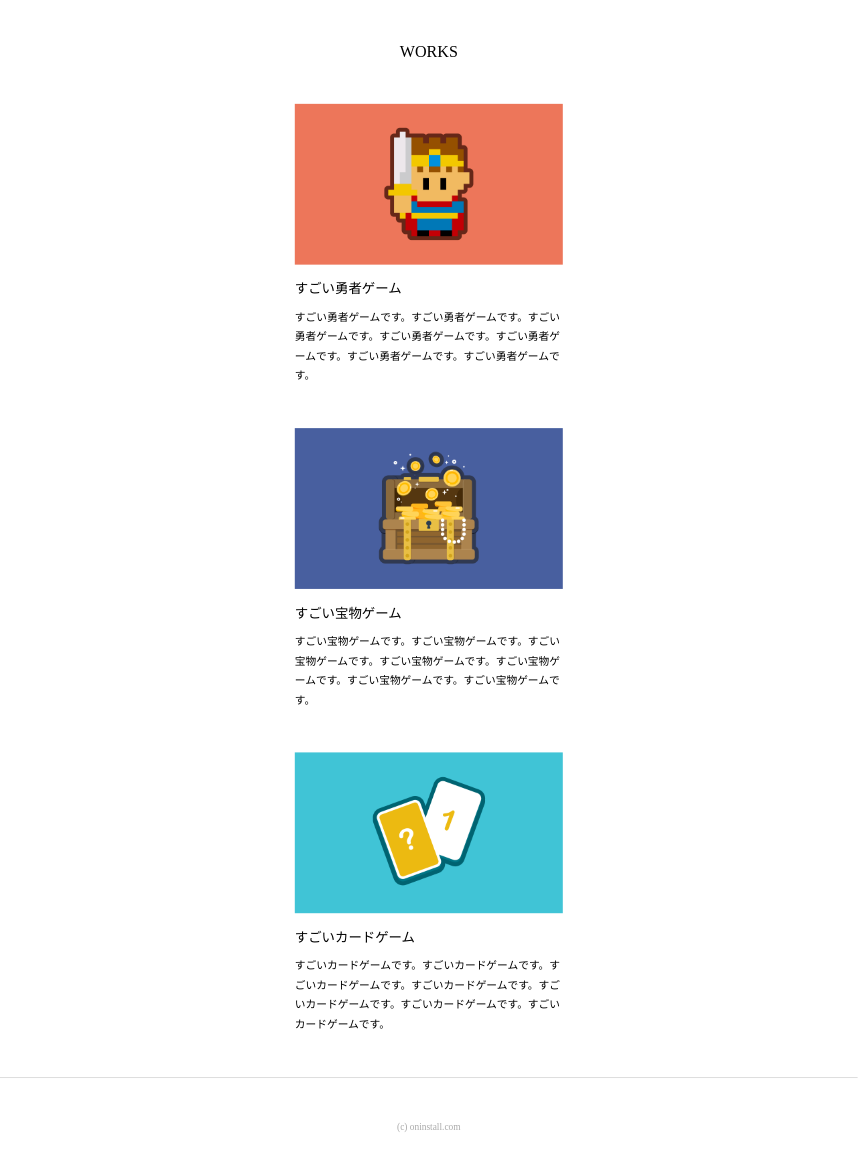
Repository: elmore-pik/yamada_potfolio
Page: /
The author's editor kept a copy of each file at every save. The page is drawn from the files as they stood at one save, then again after the next save.
The browser window is 1280 px wide. The pictures show the whole page, at 67% of full size.
The project was rebuilt for these pictures with package versions that can differ from the ones it lists, and the page was loaded fresh each time. Also part of the build but not shown: vite.config.js.

Above is the page before, as saved 2025-03-14 14:20:31.

### index.html
<!doctype html>
<html lang="ja">
  <head>
    <meta charset="UTF-8">
    <meta name="viewport" content="width=device-width, initial-scale=1.0">
    <title>山田太郎のポートフォリオサイト</title>
    <link rel="icon" href="/favicon.png">
  </head>
  <body>
    <div id="app">Hello form Vue.js</div>
    <script type="module" src="/src/main.js"></script>
  </body>
</html>

### src/style.css
@charset "utf-8";

/* 共通のスタイル */

body {
  margin: 0;
}

p {
  margin: 0;
}

/* mainのスタイル */

main {
  padding: 64px 0;
}

h2 {
  margin: 0;
  font-weight: normal;
  font-size: 24px;
  text-align: center;
}

h3 {
  margin: 16px 0 0;
  font-weight: normal;
  font-size: 20px;
}

section {
  width: 400px;
  margin: 64px auto 0;
}

section p {
  margin-top: 16px;
  line-height: 1.8;
}

/* footerのスタイル */

footer {
  border-top: 1px solid #ccc;
  text-align: center;
  padding: 64px 0;
}

small {
  font-size: 14px;
  color: #aaa;
}

### src/App.vue
<template>
  <main>
    <h2>WORKS</h2>
    <section>
      <img src="/work-1.png" alt="すごい勇者ゲーム" width="400" height="240">
      <h3>すごい勇者ゲーム</h3>
      <p>すごい勇者ゲームです。すごい勇者ゲームです。すごい勇者ゲームです。すごい勇者ゲームです。すごい勇者ゲームです。すごい勇者ゲームです。すごい勇者ゲームです。</p>
    </section>
    <section>
      <img src="/work-2.png" alt="すごい宝物ゲーム" width="400" height="240">
      <h3>すごい宝物ゲーム</h3>
      <p>すごい宝物ゲームです。すごい宝物ゲームです。すごい宝物ゲームです。すごい宝物ゲームです。すごい宝物ゲームです。すごい宝物ゲームです。すごい宝物ゲームです。</p>
    </section>
    <section>
      <img src="/work-3.png" alt="すごいカードゲーム" width="400" height="240">
      <h3>すごいカードゲーム</h3>
      <p>すごいカードゲームです。すごいカードゲームです。すごいカードゲームです。すごいカードゲームです。すごいカードゲームです。すごいカードゲームです。すごいカードゲームです。</p>
    </section>
  </main>

  <footer>
    <small>(c) oninstall.com</small>
  </footer>
</template>

### src/components/Header.vue
<script setup>
const intro = 'フロントエンドエンジニア見習いです';
</script>

<template>
  <header>
    <img src="/yamada.png" alt="太郎のアイコン" width="128" height="128">
    <h1>山田太郎</h1>
    <p>{{ intro }}</p>
  </header>
</template>

<style scoped>
/* headerのスタイル */

header {
  background: #eee;
  text-align: center;
  padding: 32px 0;
}

header img {
  border-radius: 50%;
}

h1 {
  margin: 16px 0 0;
  font-weight: normal;
  font-size: 24px;
}
</style>

### src/components/Main.vue
<template>
 <main>
    <h2>WORKS</h2>
    <section>
      <img src="/work-1.png" alt="すごい勇者ゲーム" width="400" height="240">
      <h3>すごい勇者ゲーム</h3>
      <p>すごい勇者ゲームです。すごい勇者ゲームです。すごい勇者ゲームです。すごい勇者ゲームです。すごい勇者ゲームです。すごい勇者ゲームです。すごい勇者ゲームです。</p>
    </section>
    <section>
      <img src="/work-2.png" alt="すごい宝物ゲーム" width="400" height="240">
      <h3>すごい宝物ゲーム</h3>
      <p>すごい宝物ゲームです。すごい宝物ゲームです。すごい宝物ゲームです。すごい宝物ゲームです。すごい宝物ゲームです。すごい宝物ゲームです。すごい宝物ゲームです。</p>
    </section>
    <section>
      <img src="/work-3.png" alt="すごいカードゲーム" width="400" height="240">
      <h3>すごいカードゲーム</h3>
      <p>すごいカードゲームです。すごいカードゲームです。すごいカードゲームです。すごいカードゲームです。すごいカードゲームです。すごいカードゲームです。すごいカードゲームです。</p>
    </section>
  </main>
</template>

<style scoped>
/* mainのスタイル */

main {
  padding: 64px 0;
}

h2 {
  margin: 0;
  font-weight: normal;
  font-size: 24px;
  text-align: center;
}

h3 {
  margin: 16px 0 0;
  font-weight: normal;
  font-size: 20px;
}

section {
  width: 400px;
  margin: 64px auto 0;
}

section p {
  margin-top: 16px;
  line-height: 1.8;
}
</style>

### src/components/Footer.vue
<template>
    <footer>
        <small>(c) dotinstall.com</small>
    </footer>
</template>

<style scoped>
/* footerのスタイル */

footer {
  border-top: 1px solid #ccc;
  text-align: center;
  padding: 64px 0;
}

small {
  font-size: 14px;
  color: #aaa;
}
</style>

Loaded but not shown: src/main.js (common file)

After the next save:
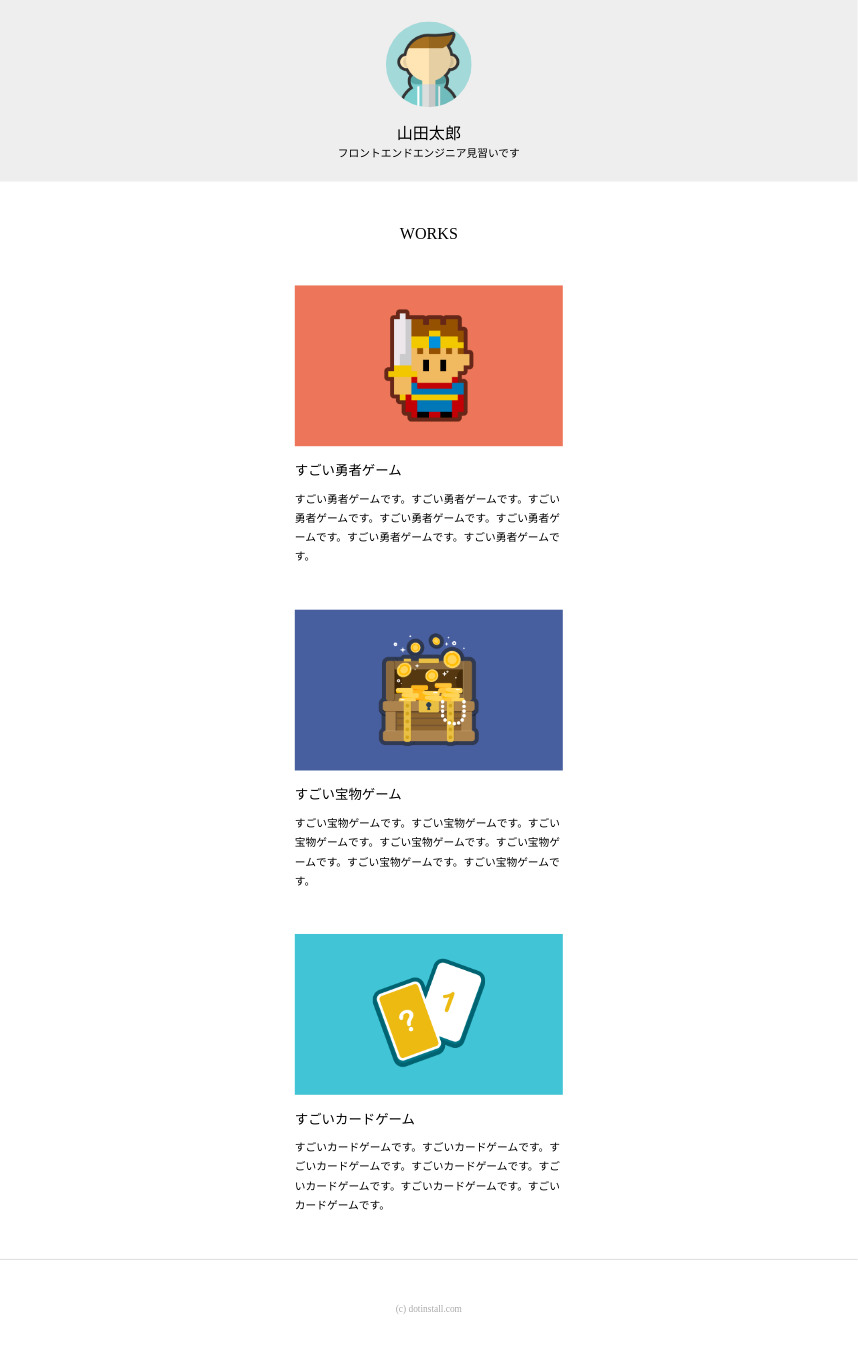
Saved 13 min 50 s later.
--- a/src/App.vue
+++ b/src/App.vue
@@ -1,24 +1,12 @@
+<!-- App.vue -->
 <template>
-  <main>
-    <h2>WORKS</h2>
-    <section>
-      <img src="/work-1.png" alt="すごい勇者ゲーム" width="400" height="240">
-      <h3>すごい勇者ゲーム</h3>
-      <p>すごい勇者ゲームです。すごい勇者ゲームです。すごい勇者ゲームです。すごい勇者ゲームです。すごい勇者ゲームです。すごい勇者ゲームです。すごい勇者ゲームです。</p>
-    </section>
-    <section>
-      <img src="/work-2.png" alt="すごい宝物ゲーム" width="400" height="240">
-      <h3>すごい宝物ゲーム</h3>
-      <p>すごい宝物ゲームです。すごい宝物ゲームです。すごい宝物ゲームです。すごい宝物ゲームです。すごい宝物ゲームです。すごい宝物ゲームです。すごい宝物ゲームです。</p>
-    </section>
-    <section>
-      <img src="/work-3.png" alt="すごいカードゲーム" width="400" height="240">
-      <h3>すごいカードゲーム</h3>
-      <p>すごいカードゲームです。すごいカードゲームです。すごいカードゲームです。すごいカードゲームです。すごいカードゲームです。すごいカードゲームです。すごいカードゲームです。</p>
-    </section>
-  </main>
+  <Header></Header>
+  <Main></Main>
+  <Footer></Footer>
+</template>
 
-  <footer>
-    <small>(c) oninstall.com</small>
-  </footer>
-</template>
+<script setup>
+import Header from './components/Header.vue';
+import Main from './components/Main.vue';
+import Footer from './components/Footer.vue';
+</script>
